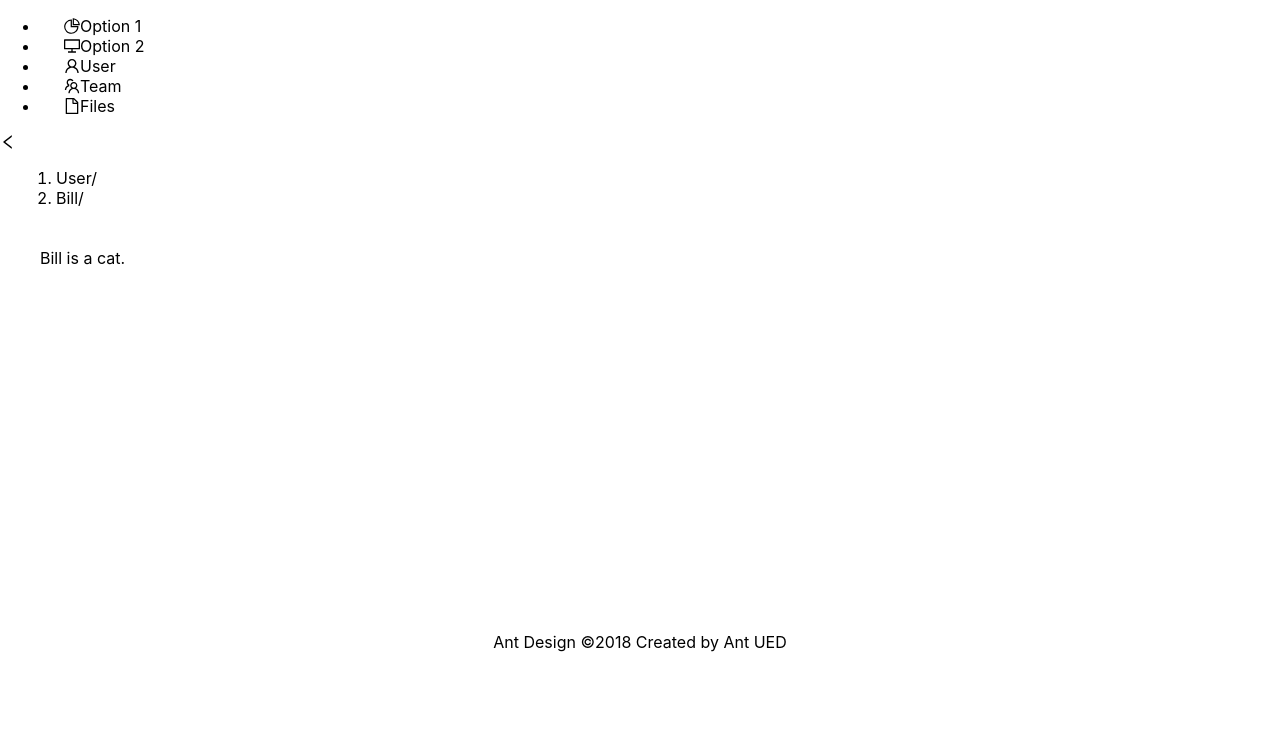
Repository: yangddoddi/community_react
Page: /
An editor plug-in stored every save of this project. The page is shown before and after the next save, followed by the edit.
The browser window is 1280 px wide. The pictures show the whole page.
The project was rebuilt for these pictures with package versions that can differ from the ones it lists, and the page was loaded fresh each time.

Above is the page before, as saved 2022-08-17 01:43:44.

After the next save:
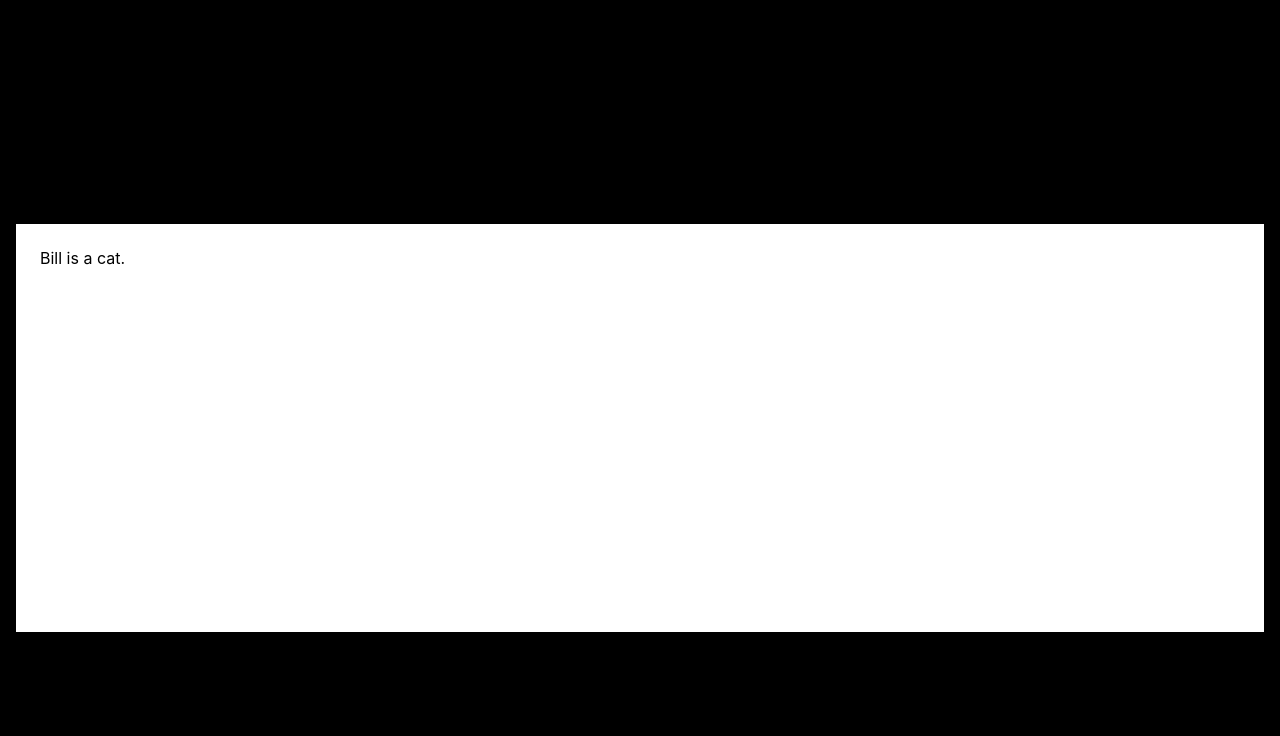
Saved 17 s later.
--- a/src/App.js
+++ b/src/App.js
@@ -7,6 +7,7 @@ import {
 } from "@ant-design/icons";
 import { Breadcrumb, Layout, Menu } from "antd";
 import React, { useState } from "react";
+import "./App.scss";
 const { Header, Content, Footer, Sider } = Layout;
 
 function getItem(label, key, icon, children) {

After the save that followed:
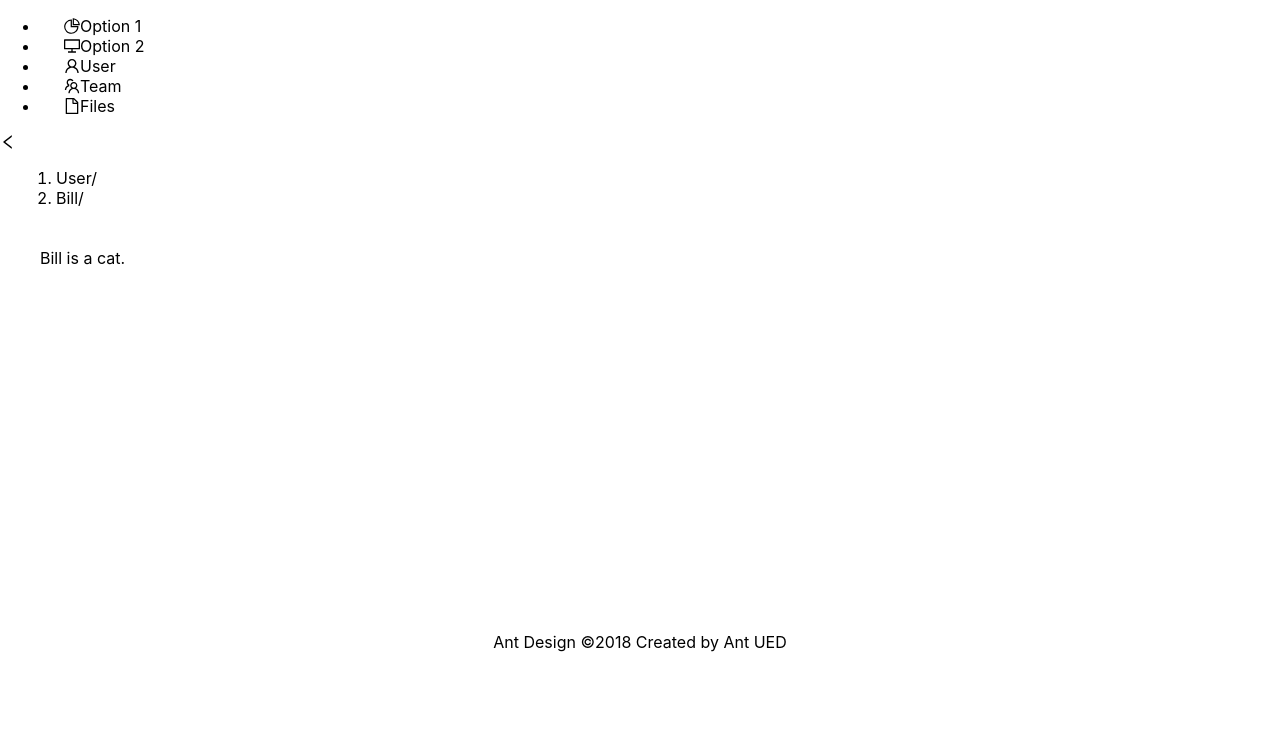
Saved 9 s later.
--- a/src/App.scss
+++ b/src/App.scss
@@ -1,10 +1,4 @@
-* {
-    background-color: black;
-  }
 
-  body {
-    height: 100px;
-  }
 
 #components-layout-demo-side .logo {
     height: 32px;
